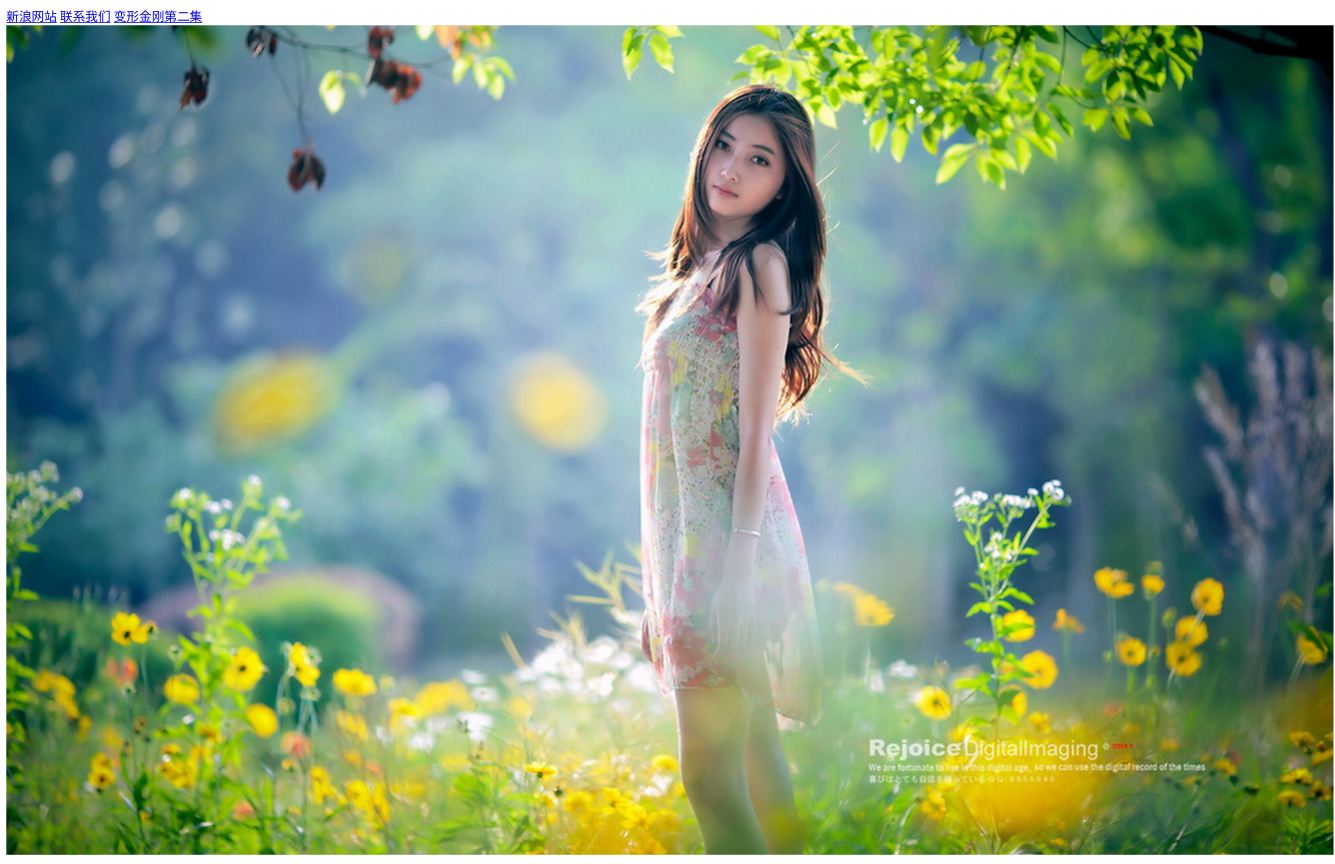
Repository: tangchengjingwen/javaLearningCode
Page: javaLearningCode/day29_html/link.html
The author's editor kept a copy of each file at every save. The page is drawn from the files as they stood at one save, then again after the next save.
The browser window is 1280 px wide. The page is 1688 px wide, then 1690 px, so the pictures cover 1690 px, including what lies to the right of the window. The pictures show the whole page, at 79% of full size.

Above is the page before, as saved 2012-05-13 07:01:04.

### javaLearningCode/day29_html/link.html
<!DOCTYPE HTML PUBLIC "-//W3C//DTD HTML 4.01//EN" "http://www.w3.org/TR/html4/strict.dtd">
<html>
	<head>
		<meta http-equiv="Content-Type" content="text/html; charset=GBK">
		<title>Untitled Document</title>
	</head>
	<body>


		<!--
		1,根据href的值中 所体现的协议启动相对应的解析引擎。
		2,解析主机时，先到本地hosts文件中找对应的ip地址，如果没有，
		在到DNS服务器中去解析ip地址。
		3,访问该ip，获取指定路径中的数据。
		4,将获取到的数据显示在页面上。

		如果没有指定任何协议，默认就是file协议，将其视为本地的一个文件。

		-->
		<a href="http://www.sina.com.cn" target="_blank">新浪网站</a>

		<a href="mailto:abc@sina.com?cc=haha@sohu.com">联系我们</a>
		<!--
		<a href="http://www.xunlei.com/movie/bxjg.rmvb">变形金刚第二集</a>
		-->
		<a href="thunder://ertyuiopsdfghjkldfghjklertyuio==">变形金刚第二集</a>
		<img src="1.jpg" heigth="800"/>
	</body>
</html>

After the next save:
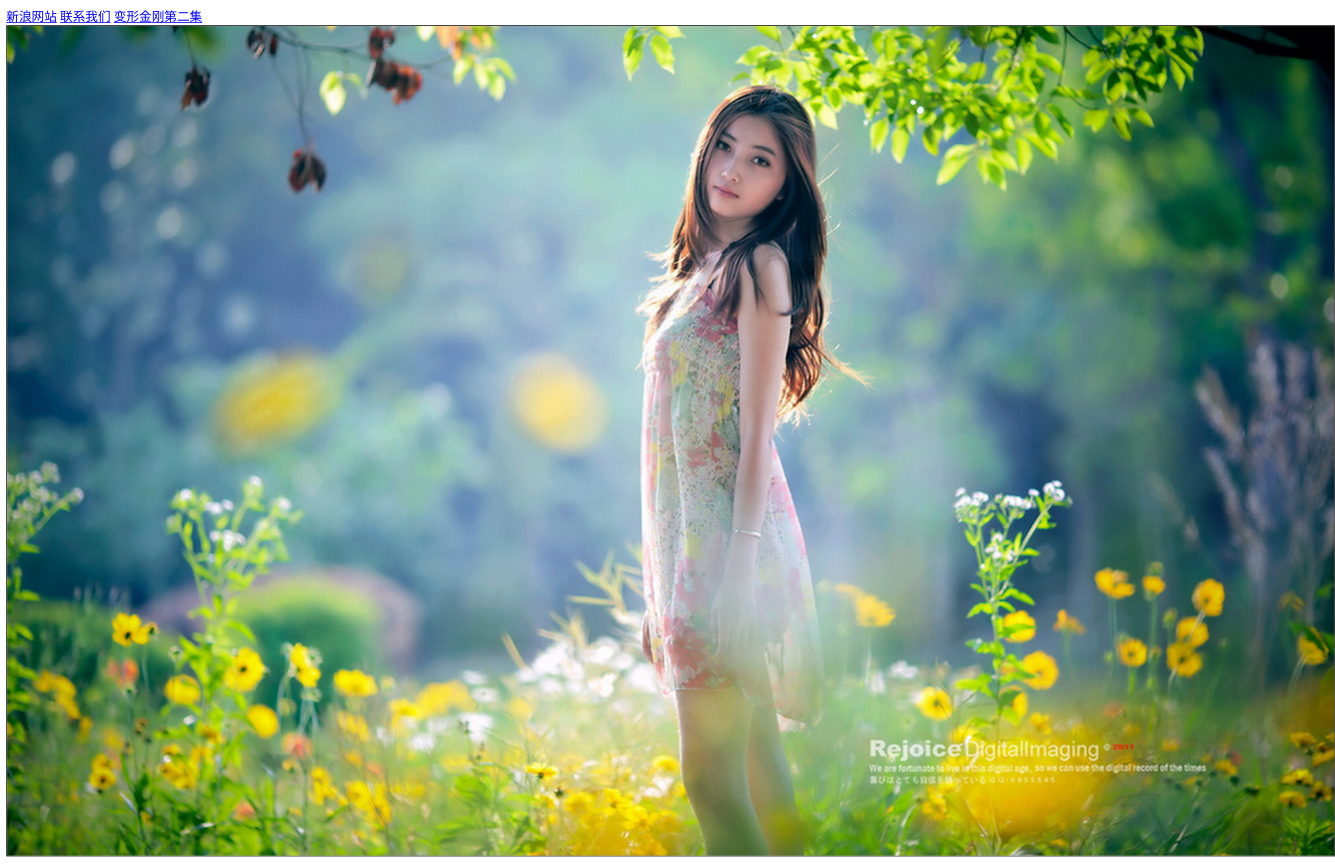
Saved 9 s later.
--- a/javaLearningCode/day29_html/link.html
+++ b/javaLearningCode/day29_html/link.html
@@ -24,6 +24,6 @@
 		<a href="http://www.xunlei.com/movie/bxjg.rmvb">变形金刚第二集</a>
 		-->
 		<a href="thunder://ertyuiopsdfghjkldfghjklertyuio==">变形金刚第二集</a>
-		<img src="1.jpg" heigth="800"/>
+		<img src="1.jpg" heigth="800" border="1"/>
 	</body>
 </html>
